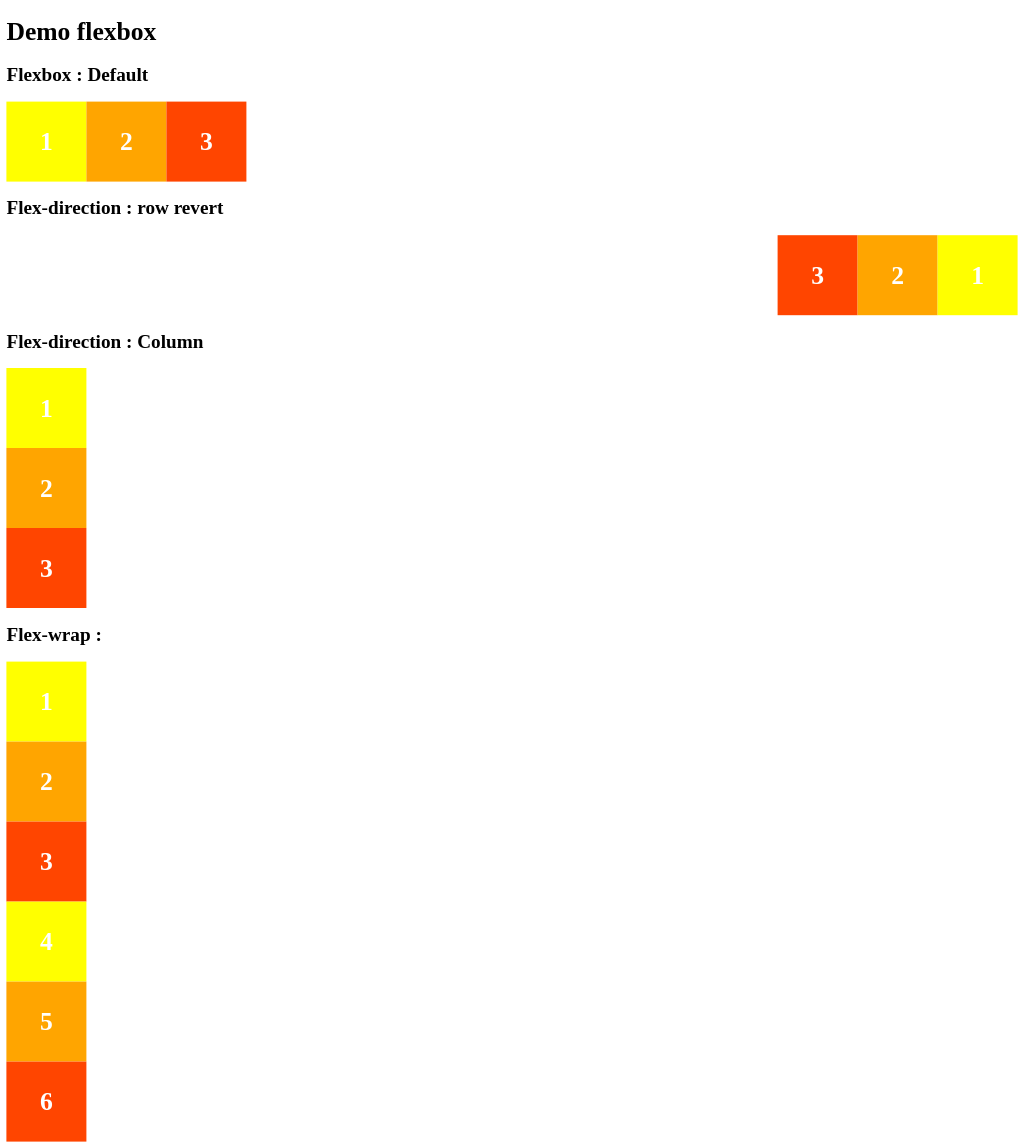
Repository: cvTuananh/Wed-famework
Page: Lab04/lab04/demo06.html
The author's editor kept a copy of each file at every save. The page is drawn from the files as they stood at one save, then again after a run of saves.
The browser window is 1280 px wide. The pictures show the whole page, at 80% of full size.

Above is the page before, as saved 2021-09-28 20:40:26.

### Lab04/lab04/demo06.html
<!DOCTYPE html>
<html lang="en">
<head>
    <meta charset="UTF-8">
    <meta http-equiv="X-UA-Compatible" content="IE=edge">
    <meta name="viewport" content="width=device-width, initial-scale=1.0">
    <title>Demo flexbox</title>
    <link rel="stylesheet" href="./css/demo06.css">
    <style>
        .box-item-1{background-color: yellow;}
        .box-item-2{background-color: orange;}
        .box-item-3{background-color:orangered;}

        .box *{
            color: #fff;
            width: 100px;
            height: 100px;
            text-align: center;
            line-height: 100px;
            font-size: 2em;
            font-weight: bold;
        }

        .box1{display: flex;}
        .box2{
            display: flex;
            flex-direction: row-reverse;
        }
        .box3{
            display: flex;
            flex-direction: column;
        }
    </style>
</head>
<body>
    <h1>Demo flexbox</h1>
    <h2>Flexbox : Default</h2>
    <div class="box box1">
        <div class="box-item-1">1</div>
        <div class="box-item-2">2</div>
        <div class="box-item-3">3</div>
    </div>


    <h2>Flex-direction : row revert</h2>
    <div class="box box2">
        <div class="box-item-1">1</div>
        <div class="box-item-2">2</div>
        <div class="box-item-3">3</div>
    </div>

    <h2>Flex-direction : Column</h2>
    <div class="box box3">
        <div class="box-item-1">1</div>
        <div class="box-item-2">2</div>
        <div class="box-item-3">3</div>
    </div>

    <h2>Flex-wrap : </h2>
    <div class="box box4">
        <div class="box-item-1">1</div>
        <div class="box-item-2">2</div>
        <div class="box-item-3">3</div>
        <div class="box-item-1">4</div>
        <div class="box-item-2">5</div>
        <div class="box-item-3">6</div>
    </div>
</body>
</html>

Loaded but not shown: Lab04/lab04/css/demo06.css (no stored copy; drawn as an empty file)

After the next 3 saves:
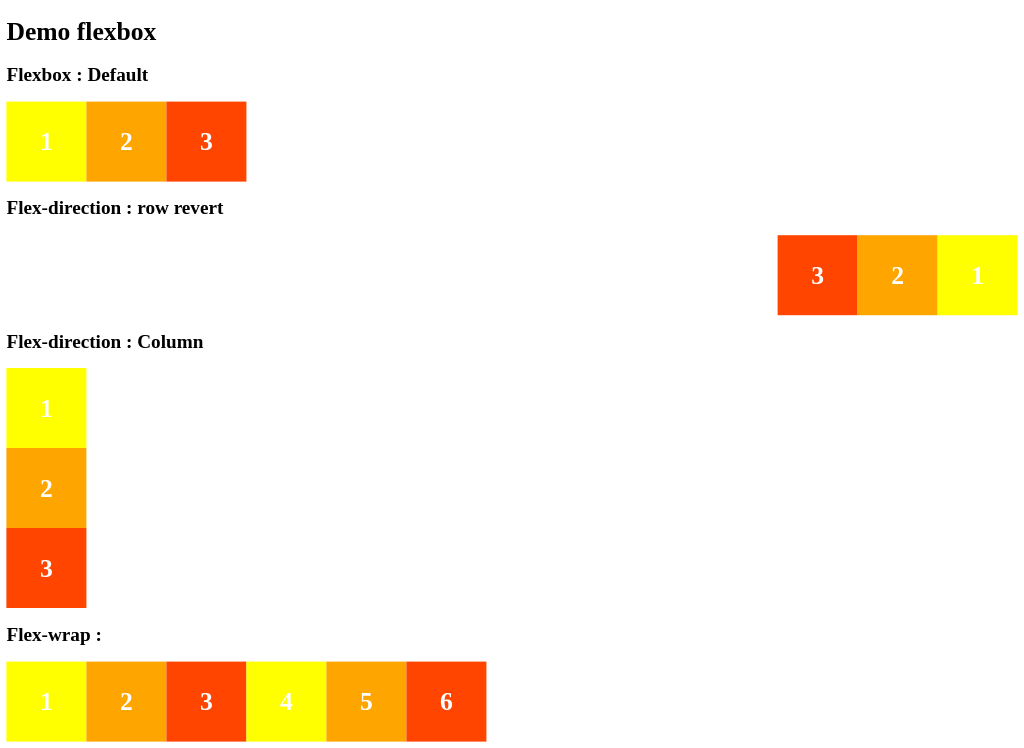
The 3 saves are shown as one change because they came seconds apart.
The last was saved 14 s later.
--- a/Lab04/lab04/demo06.html
+++ b/Lab04/lab04/demo06.html
@@ -29,6 +29,9 @@
         .box3{
             display: flex;
             flex-direction: column;
+        }
+        .box4{
+            display: flex;
         }
     </style>
 </head>
